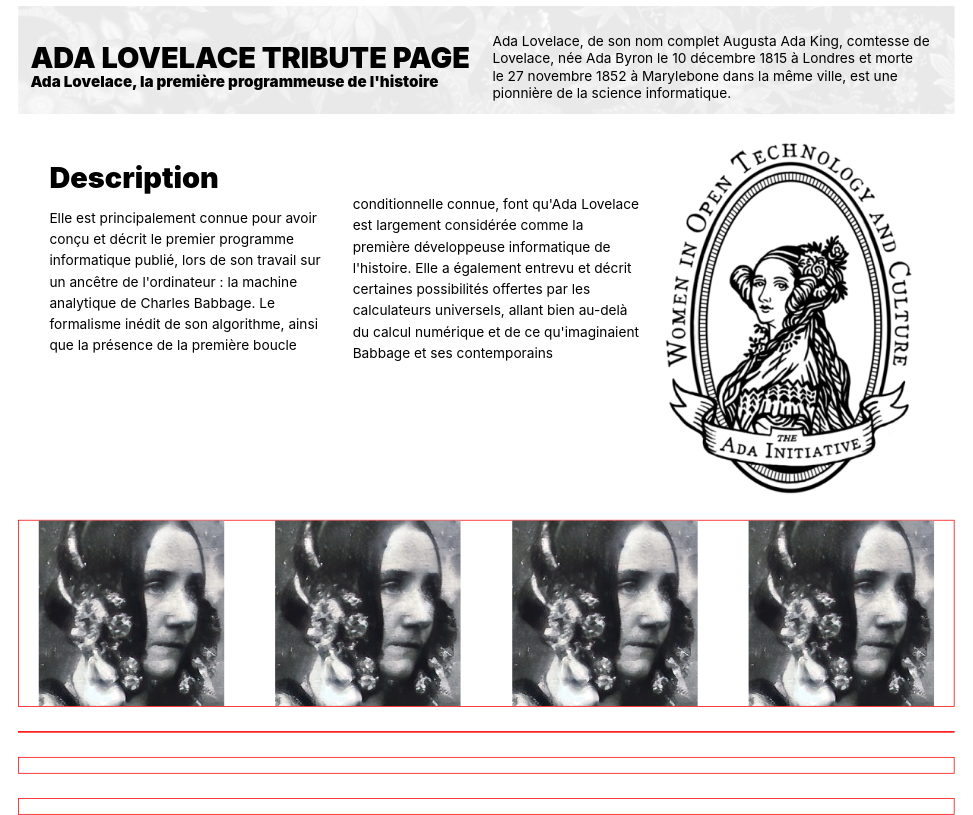
Repository: b3no1t/integration-training
Page: onepage-adalovelace/src/index.html
An editor plug-in stored every save of this project. The page is shown before and after the next save, followed by the edit.
The browser window is 1280 px wide. The pictures show the whole page, at 76% of full size.

Above is the page before, as saved 2025-01-30 10:00:57.

### onepage-adalovelace/src/index.html
<!DOCTYPE html>
<html lang="en">
<head>
 <meta charset="UTF-8">
 <meta name="viewport" content="width=device-width, initial-scale=1.0">
 <link rel="preconnect" href="https://fonts.googleapis.com">
<link rel="preconnect" href="https://fonts.gstatic.com" crossorigin>
<link href="https://fonts.googleapis.com/css2?family=Open+Sans:ital,wght@0,300..800;1,300..800&display=swap" rel="stylesheet">
<link rel="stylesheet" href="./assets/css/style.css">
 <title>ADA LOVELACE</title>
</head>
<body>

<div class="wrapper">


<header>
 <div class="intro">

 <div>
  <h2>
   ADA LOVELACE TRIBUTE PAGE
   <span>
    Ada Lovelace, la première programmeuse de l'histoire
   </span>
  </h2>
 </div>

 <div>
  <p>
   Ada Lovelace, de son nom complet Augusta Ada King, comtesse de Lovelace, née Ada Byron le 10 décembre 1815 à Londres et morte le 27 novembre 1852 à Marylebone dans la même ville, est une pionnière de la science informatique.
  </p>
 </div>

 </div>
</header>

<main>
 <section class="description">
   <div class="description-content">
    <h2>Description</h2>
    <p>
      Elle est principalement connue pour avoir conçu et décrit le premier programme informatique publié, lors de son travail sur un ancêtre de l'ordinateur : la machine analytique de Charles Babbage. Le formalisme inédit de son algorithme, ainsi que la présence de la première boucle conditionnelle connue,
      font qu'Ada Lovelace est largement considérée comme la première développeuse informatique de l'histoire. Elle a également entrevu et décrit certaines possibilités offertes par les calculateurs universels, allant bien au-delà du calcul numérique et de ce qu'imaginaient Babbage et ses contemporains
    </p>
  </div>
  <img src="./assets/img/ada-illu.png" width="350" alt="illustration d'Ada Lovelace">
 </section>

 <section class="gallery">
  <!-- 4 imageshorizontale -->
  <img src="./assets/img/ada-photo.png" alt="photostration d'Ada Lovealace">
  <img src="./assets/img/ada-photo.png" alt="photostration d'Ada Lovealace">
  <img src="./assets/img/ada-photo.png" alt="photostration d'Ada Lovealace">
  <img src="./assets/img/ada-photo.png" alt="photostration d'Ada Lovealace">
 </section>
 <section>
  <!-- une image pleine largeur en fond avec du texte par dessus -->
 </section>

 <section>
  <h2></h2>
  <p></p>
 </section>
 <section>
  <h2></h2>
  <p></p>
 </section>
</main>
<footer>
 <img src="" alt="">
</footer>

</body>
</html>

### onepage-adalovelace/src/assets/css/style.css
/*
* ADA Lovelace Style one page tribute
*/

 @import url(_reset.css);
 @import url(_main.css);
 @import url(_section.css);

### onepage-adalovelace/src/assets/css/_main.css
/*
* ADA Style
*/
* {
  font-family: -apple-system,"Open Sans",  BlinkMacSystemFont,
    Roboto, Oxygen, Ubuntu, Cantarell,"Helvetica Neue", sans-serif;
}

.wrapper{
  width: 100%;
  max-width: 1300px;
  margin: 0 auto;
  padding-inline: 1em;
}

main > * + * {
  margin-top: 2em;
  border: 1px solid red;
}

.main-grid{
  width: 100%;
  display: grid;
  grid-template-columns: .5rem 1f .5rem;
  gap: 1em;
  @media (min-width: 640px) {
    max-width: 1300px;
    grid-template-columns: 1.5rem 1f 1.5rem;
  }
}

/* layout*/
.full-width {
  width: 100%;

  margin: 0;
  background-image: url(../../assets/img/ada-illu2.png);
  background-size: cover;
  display: flex;
  justify-content: flex-end;




/*content*/

.content {
  font-size: 26px;
  line-height: 42px;
  font-weight: 600;
}
h1 {
  font-size: 4rem;
  font-weight: 900;

h2 {
  font-size: 2rem;
  line-height: 23px;
}
p {
  font-size: 1.2rem;
}
/* SECTION DESCRIPTION */
.description{
  @media screen and (min-width: 640px) {
  margin-top: 2em;
  }
 & p{
  columns:320px 2;
  column-gap: 2rem;
  font-size: 1rem;
 }
}

.container-description{
 display: flex;
 justify-content: space-between;

 & p{
  flex-basis: 66%;
 }
 & img{}
}

### onepage-adalovelace/src/assets/css/_section.css
/*
* ADA Style: section
*/

section {
}

.intro {
  background-image: url(../img/bg-header.png);
  background-size: cover;
  display: flex;
  justify-content: space-between;
  gap: 1rem;
  padding: 1em;
  flex-direction: column;
  @media (min-width: 640px) {
    flex-direction: row;
  }

  & div {
    width: 100%;
    @media (min-width: 640px) {
      width: 50%;
    }
  }
  & p {
    font-size: 18px;
    line-height: 23px;
  }
  & h2 {
    font-size: 38px;
    display: block;
    font-weight: 900;
  }
  & span {
    display: block;
    font-size: 20px;
  }
}
/*
* DESCRIPTION  ----------------------
*/
.description {
  display: flex;
  flex-direction: column;
  justify-content: space-between;
  gap: 1em;

  @media (min-width: 640px) {
    flex-direction: row;
    margin-top: 2em;
    max-width: 1150px;
    margin-inline: auto;
   }
  & img {
    width: 50%;
    margin-inline: auto;
    @media (min-width: 640px) {
      width: 100%;
    }
  }
}

.description-content {
  columns: 300px 1;
  column-gap: 0.5em;
  & h2 {
    column-span: all;
    font-size: 38px;
    display: block;
    font-weight: 900;
  }
  & p {
    font-size: 18px;
    line-height: 28px;
  }
  @media (min-width: 640px) {
    columns: 300px 2;
    column-gap: 1em;
  }
}

.gallery {
  display: flex;
  justify-content:space-around;
  flex-direction: column;
  gap: 1em;
  @media (min-width: 640px) {
    flex-direction: row;
  }
  & img {
    aspect-ratio: 1/1;
    object-fit: cover;

  }
}

Loaded but not shown: onepage-adalovelace/src/assets/css/_reset.css (common file)

After the next save:
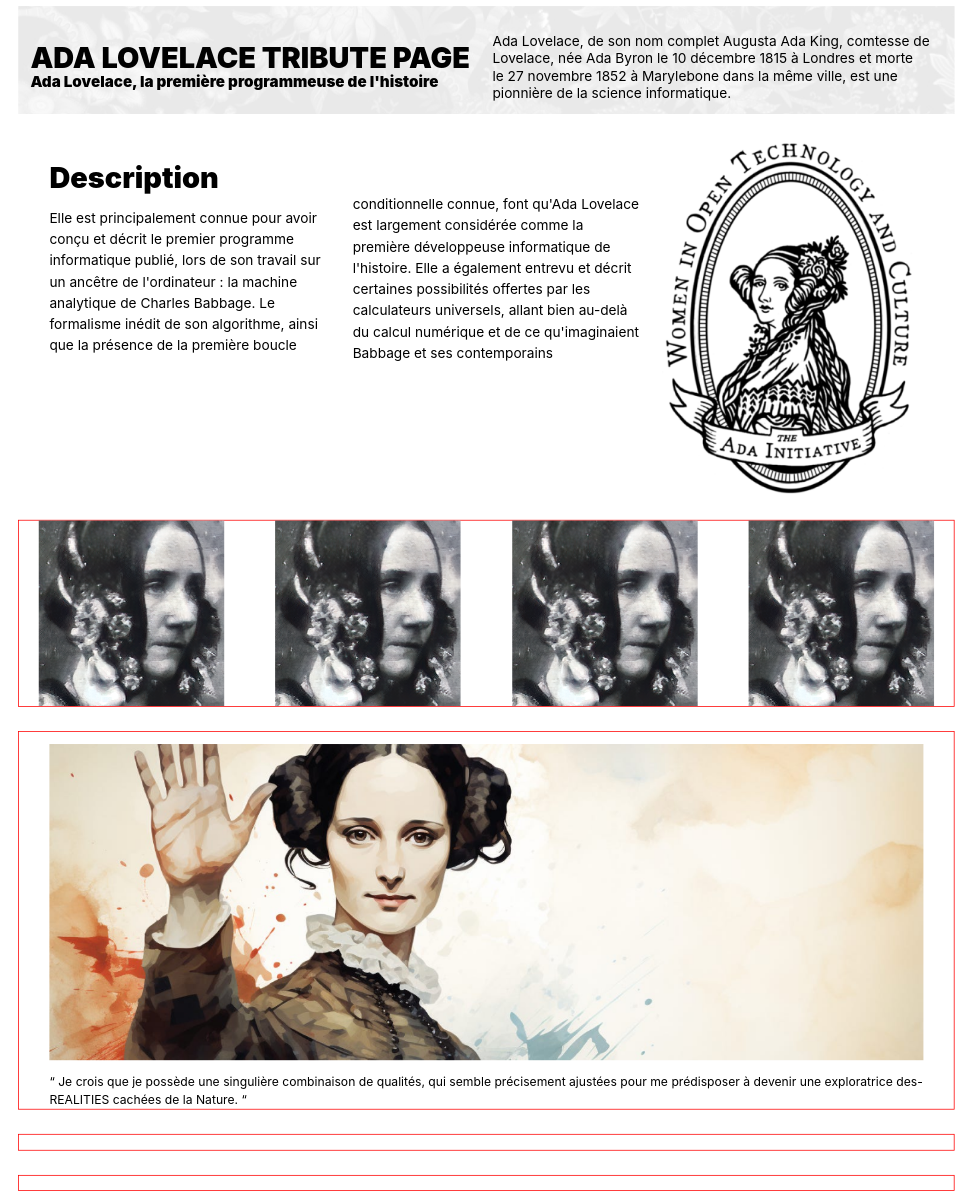
Saved 2 min 11 s later.
--- a/onepage-adalovelace/src/index.html
+++ b/onepage-adalovelace/src/index.html
@@ -55,6 +55,12 @@
   <img src="./assets/img/ada-photo.png" alt="photostration d'Ada Lovealace">
  </section>
  <section>
+  <blockquote>
+    <img src="./assets/img/ada-illu2.png" alt="">
+    <p>
+      “ Je crois que je possède une singulière combinaison de qualités, qui semble précisement ajustées pour me prédisposer à devenir une exploratrice des-REALITIES cachées de la Nature. “
+    </p>
+  </blockquote>
   <!-- une image pleine largeur en fond avec du texte par dessus -->
  </section>
 
